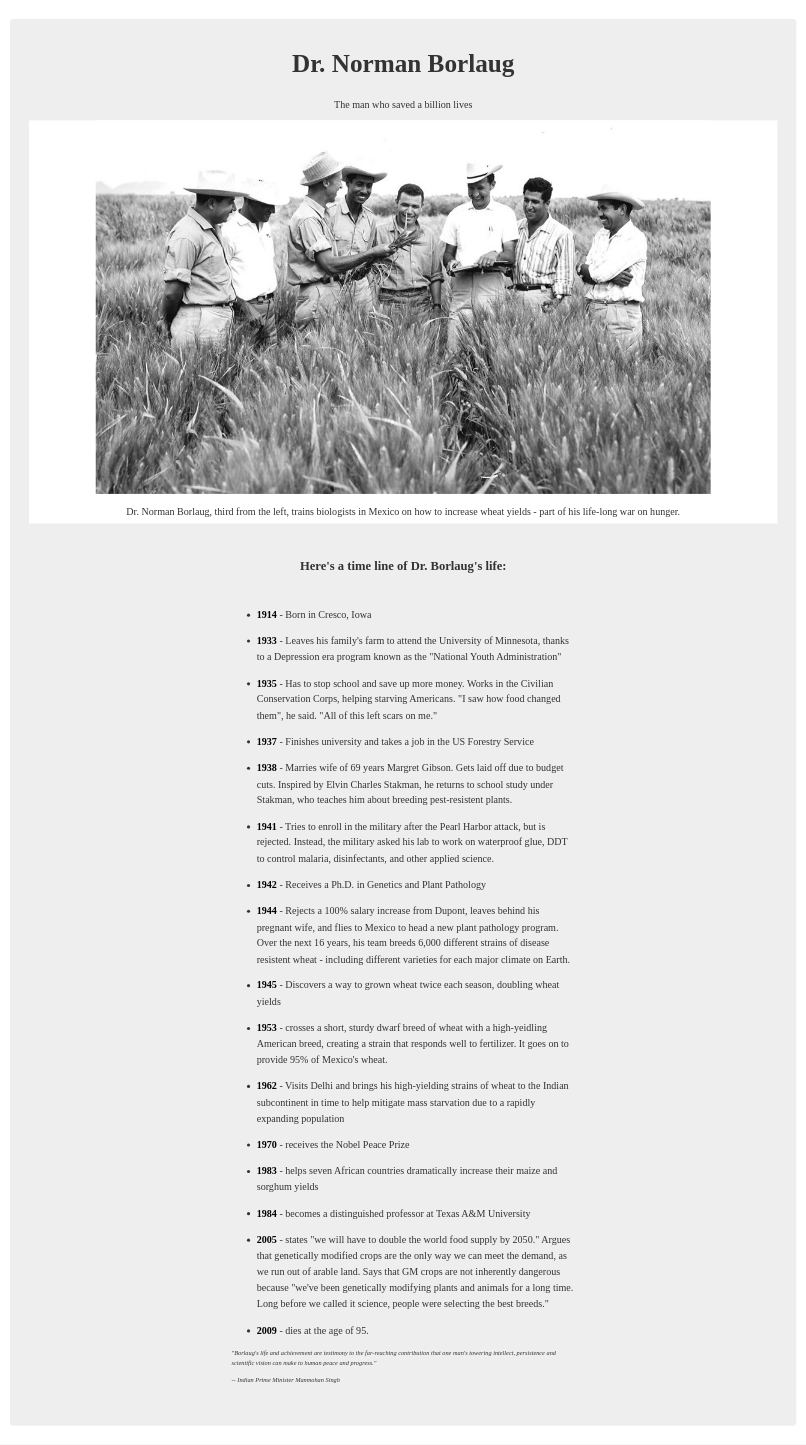
Repository: HTDuy01/github-demo
Page: freecodecamp/index.html
The author's editor kept a copy of each file at every save. The page is drawn from the files as they stood at one save, then again after the next save.
The browser window is 1280 px wide. The pictures show the whole page, at 63% of full size.

Above is the page before, as saved 2021-11-18 21:36:39.

### freecodecamp/index.html
<!DOCTYPE html>
<html lang="en">
<head>
    <meta charset="UTF-8">
    <meta http-equiv="X-UA-Compatible" content="IE=edge">
    <meta name="viewport" content="width=device-width, initial-scale=1.0">
    <title>Document</title>
    <link rel="stylesheet" href="/assets/css/style.css">
    <link rel="stylesheet" href="/assets/css/base.css">
</head>
<body>
    <div class="main">
        <header id="title">
            <h1 class="heading">Dr. Norman Borlaug</h1>
            <p class="sub-heading">The man who saved a billion lives</p>
        </header>

        <div id="img-div">
            <img src="/assets/img/tribute-page-main-image.jpg" alt="" class="img">
            <p class="sub-img">Dr. Norman Borlaug, third from the left, trains biologists in Mexico on how to increase wheat yields - part of his life-long war on hunger.</p>
        </div>

        <div class="content">
            <h3 class="content-heading">Here's a time line of Dr. Borlaug's life:</h3>
            <ul class="content-list">
                <li class="content-item">
                    <strong>1914</strong>
                     - Born in Cresco, Iowa
                </li>
                <li class="content-item">
                    <strong>1933</strong>
                      - Leaves his family's farm to attend the University of Minnesota, thanks to a Depression era program known as the "National Youth Administration"
                </li>
                <li class="content-item">
                    <strong>1935</strong>
                     - Has to stop school and save up more money. Works in the Civilian Conservation Corps, helping starving Americans. "I saw how food changed them", he said. "All of this left scars on me."
                </li>
                <li class="content-item">
                    <strong>1937</strong>
                     - Finishes university and takes a job in the US Forestry Service
                </li>
                <li class="content-item">
                    <strong>1938</strong>
                     - Marries wife of 69 years Margret Gibson. Gets laid off due to budget cuts. Inspired by Elvin Charles Stakman, he returns to school study under Stakman, who teaches him about breeding pest-resistent plants.
                </li>
                <li class="content-item">
                    <strong>1941</strong>
                      - Tries to enroll in the military after the Pearl Harbor attack, but is rejected. Instead, the military asked his lab to work on waterproof glue, DDT to control malaria, disinfectants, and other applied science.
                </li>
                <li class="content-item">
                    <strong>1942</strong>
                       - Receives a Ph.D. in Genetics and Plant Pathology
                </li>
                <li class="content-item">
                    <strong>1944</strong>
                    - Rejects a 100% salary increase from Dupont, leaves behind his pregnant wife, and flies to Mexico to head a new plant pathology program. Over the next 16 years, his team breeds 6,000 different strains of disease resistent wheat - including different varieties for each major climate on Earth.
                </li>
                <li class="content-item">
                    <strong>1945</strong>
                     - Discovers a way to grown wheat twice each season, doubling wheat yields
                </li>
                <li class="content-item">
                    <strong>1953</strong>
                      - crosses a short, sturdy dwarf breed of wheat with a high-yeidling American breed, creating a strain that responds well to fertilizer. It goes on to provide 95% of Mexico's wheat.
                </li>
                <li class="content-item">
                    <strong>1962</strong>
                     - Visits Delhi and brings his high-yielding strains of wheat to the Indian subcontinent in time to help mitigate mass starvation due to a rapidly expanding population
                </li>
                <li class="content-item">
                    <strong>1970</strong>
                     - receives the Nobel Peace Prize
                </li>
                <li class="content-item">
                    <strong>1983</strong>
                      - helps seven African countries dramatically increase their maize and sorghum yields
                </li>
                <li class="content-item">
                    <strong>1984</strong>
                     - becomes a distinguished professor at Texas A&M University
                </li>
                <li class="content-item">
                    <strong>2005</strong>
                     - states "we will have to double the world food supply by 2050." Argues that genetically modified crops are the only way we can meet the demand, as we run out of arable land. Says that GM crops are not inherently dangerous because "we've been genetically modifying plants and animals for a long time. Long before we called it science, people were selecting the best breeds."
                </li>
                <li class="content-item">
                    <strong>2009</strong>
                      - dies at the age of 95.
                </li>
            </ul>

            <div class="content-end">
                <p class="content-end__heading">"Borlaug's life and achievement are testimony to the far-reaching contribution that one man's towering intellect, persistence and scientific vision can make to human peace and progress."</p>
                <p class="content-end__sub-heading">-- Indian Prime Minister Manmohan Singh</p>
            </div>
        </div>

        <footer class="footer">

        </footer>
    </div>
</body>
</html>

### freecodecamp/assets/css/style.css
.main {
    background-color: #eee;
    margin: 30px 8px;
    padding: 15px;
    border-radius: 5px;
}

/* header */
#title {
    text-align: center;
}

.heading {
    color: var(--color-header);
    font-size: 4rem;
    font-weight: 700;
    margin-top: 27px;
    line-height: 60px;
}

.sub-heading {
    font-size: 1.6rem;
    color: var(--color-header);
    font-weight: 300;
}

/* Bener */
#img-div {
    height: 640px;
    background-color: #fff;
    margin: 0 15px;
    text-align: center;
}

.img {
    width: 976px;
    height: 593px;
}

.sub-img {
    font-size: 1.6rem;
    color: var(--color-header);
    font-weight: 400;
}

.content-heading {
    font-size: 2rem;
    color: var(--color-header);
    font-weight: 600;
    text-align: center;
    margin: 50px 0;
}

.content-end,
.content {
    max-width: 545px;
    text-align: left;
    margin: 0 auto 50px auto;
    line-height: 1.6;
}

.content-item {
    font-size: 1.6rem;
    margin: 16px 0;
    color: rgb(51,51,51);
}

strong {
    color: #000
}

.content-end {
    font-style: italic;
    max-width: 545px;
    margin: 0 auto 50px auto;
    text-align: left;
    color:rgb(51,51,51) ;
}

### freecodecamp/assets/css/base.css

* {
    box-sizing: inherit;
}

html {
    font-size: 62.5%;
    line-height: 1.6rem;
    /* font-family: -apple-system, BlinkMacSystemFont, 'Segoe UI', 'Roboto', 'Helvetica Neue', Arial, sans-serif; */
    box-sizing: border-box;
}

:root {
    --color-header:#333;
}

After the next save:
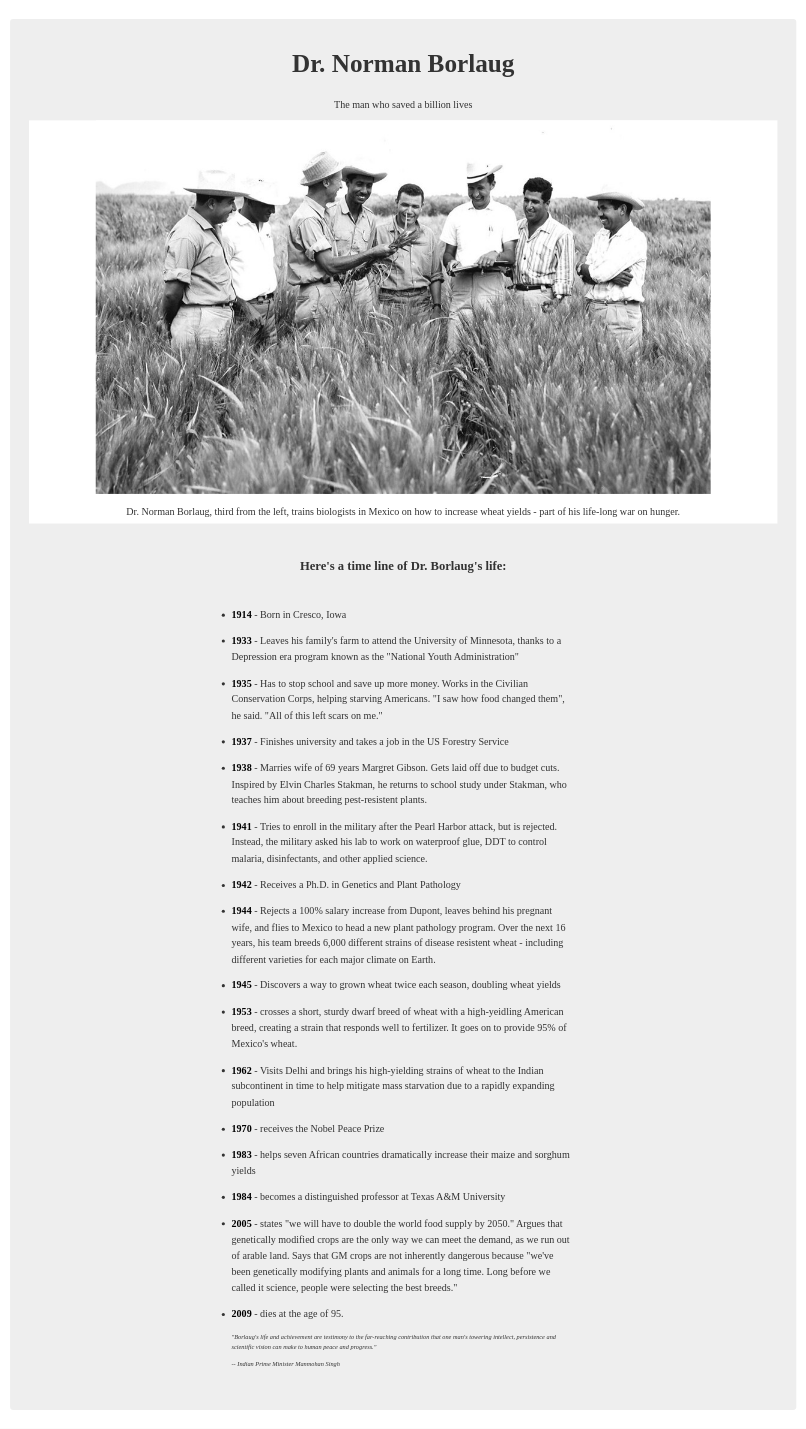
Saved 64 s later.
--- a/freecodecamp/assets/css/style.css
+++ b/freecodecamp/assets/css/style.css
@@ -51,12 +51,16 @@
     margin: 50px 0;
 }
 
-.content-end,
+
 .content {
     max-width: 545px;
     text-align: left;
     margin: 0 auto 50px auto;
     line-height: 1.6;
+}
+
+.content-list {
+    padding-left: 0;
 }
 
 .content-item {
